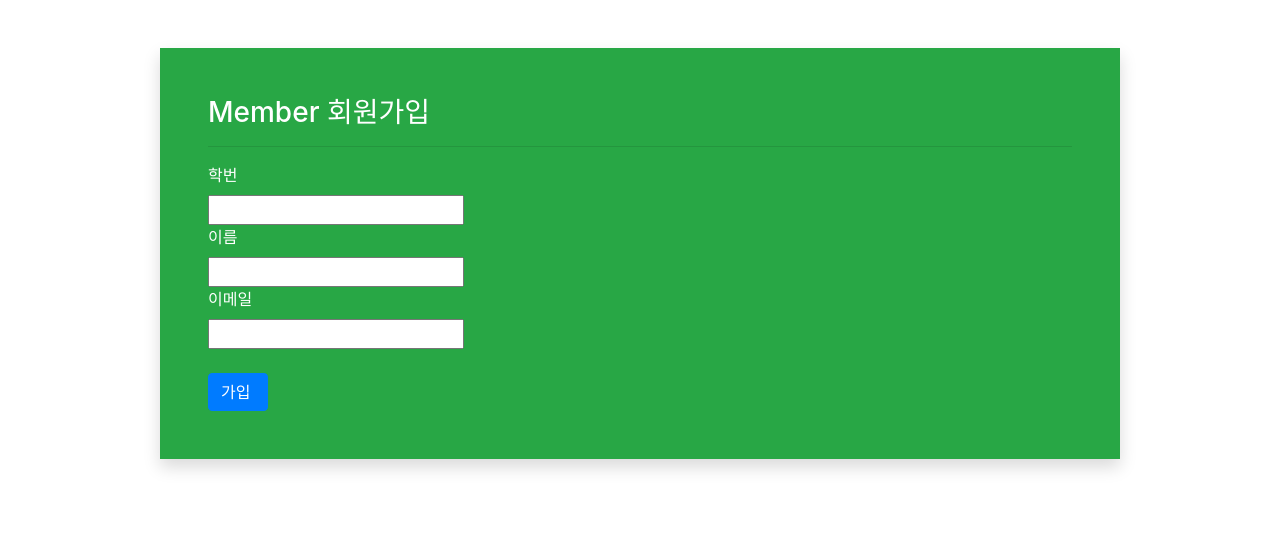
Repository: hadora01/newWeb
Page: http://localhost/jhbook/studentInfo.jsp
An editor plug-in stored every save of this project. The page is shown before and after the next save, followed by the edit.
The browser window is 1280 px wide. The pictures show the whole page.
The page is served by Tomcat 9.

Above is the page before, as saved 2021-11-02 11:15:55.

After the next save:
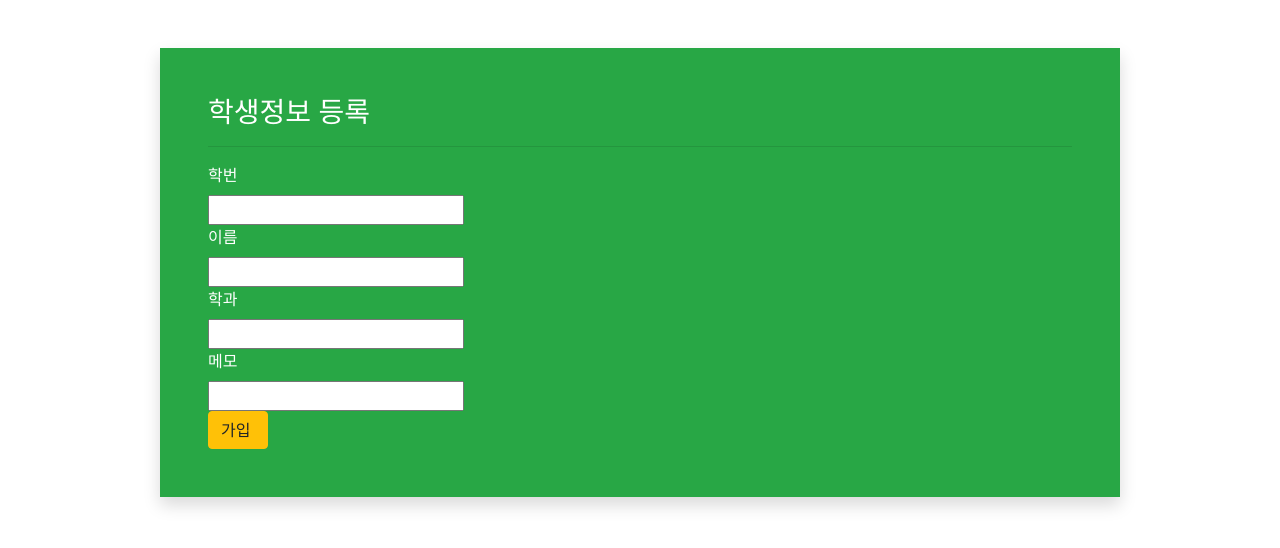
Saved 2 min 54 s later.
--- a/jhbook/WebContent/studentInfo.jsp
+++ b/jhbook/WebContent/studentInfo.jsp
@@ -23,19 +23,23 @@
 <body>
 	<div class = "container bg-success text-white shadow mx-auto mt-5 p-5 w-75">
 
-	<h3>Member 회원가입 </h3>
+	<h3>학생정보 등록  </h3>
 	<hr>
 	<form method ="post" action ="signup.jsp" >
 		<label>학번</label> <br>
-		<input type ="text" name ="memberno"> <br>
+		<input type ="text" name ="no"> <br>
 
 		<label>이름</label> <br>
-		<input type ="text" name ="membername"><br>
+		<input type ="text" name ="name"><br>
 
-		<label>이메일</label> <br>
-		<input type ="email"  name ="memberemail"><br><br>
+		<label>학과</label> <br>
+		<input type ="text"  name ="depart"><br>
 
-		<input type ="submit"  class = "btn btn-primary " value ="가입 " >
+		<label>메모</label> <br>
+		<input type ="text"  name ="memo"><br>
+
+
+		<input type ="submit"  class = "btn btn-warning " value ="가입 " >
 
 
 
